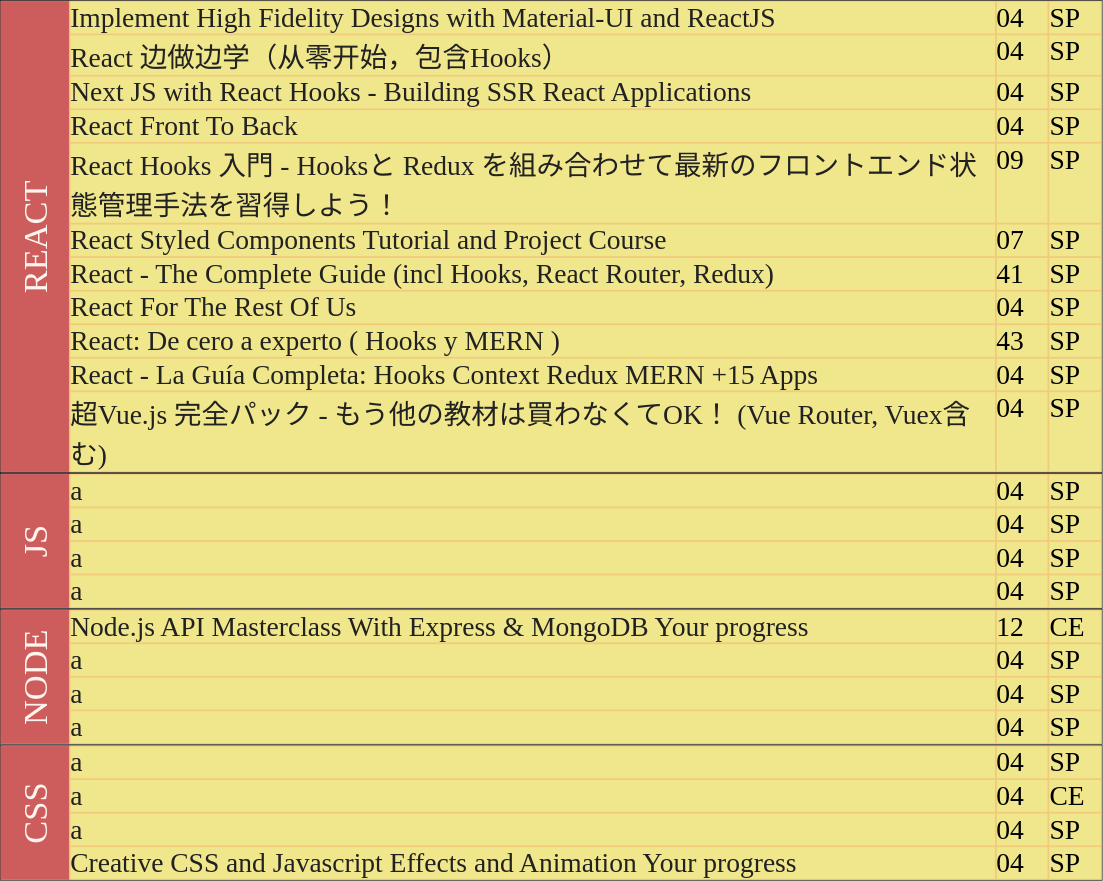
Repository: ClementLight/plan
Page: codicrs.html
These files come from the project's save history. The page is drawn as it stood at one moment and after the next save; the edit follows.
The browser window is 1280 px wide. The page is 1282 px wide, so the pictures cover 1282 px, including what lies to the right of the window. The pictures show the whole page, at 86% of full size.

Above is the page before, as saved 2020-08-21 15:00:46.

After the next save:
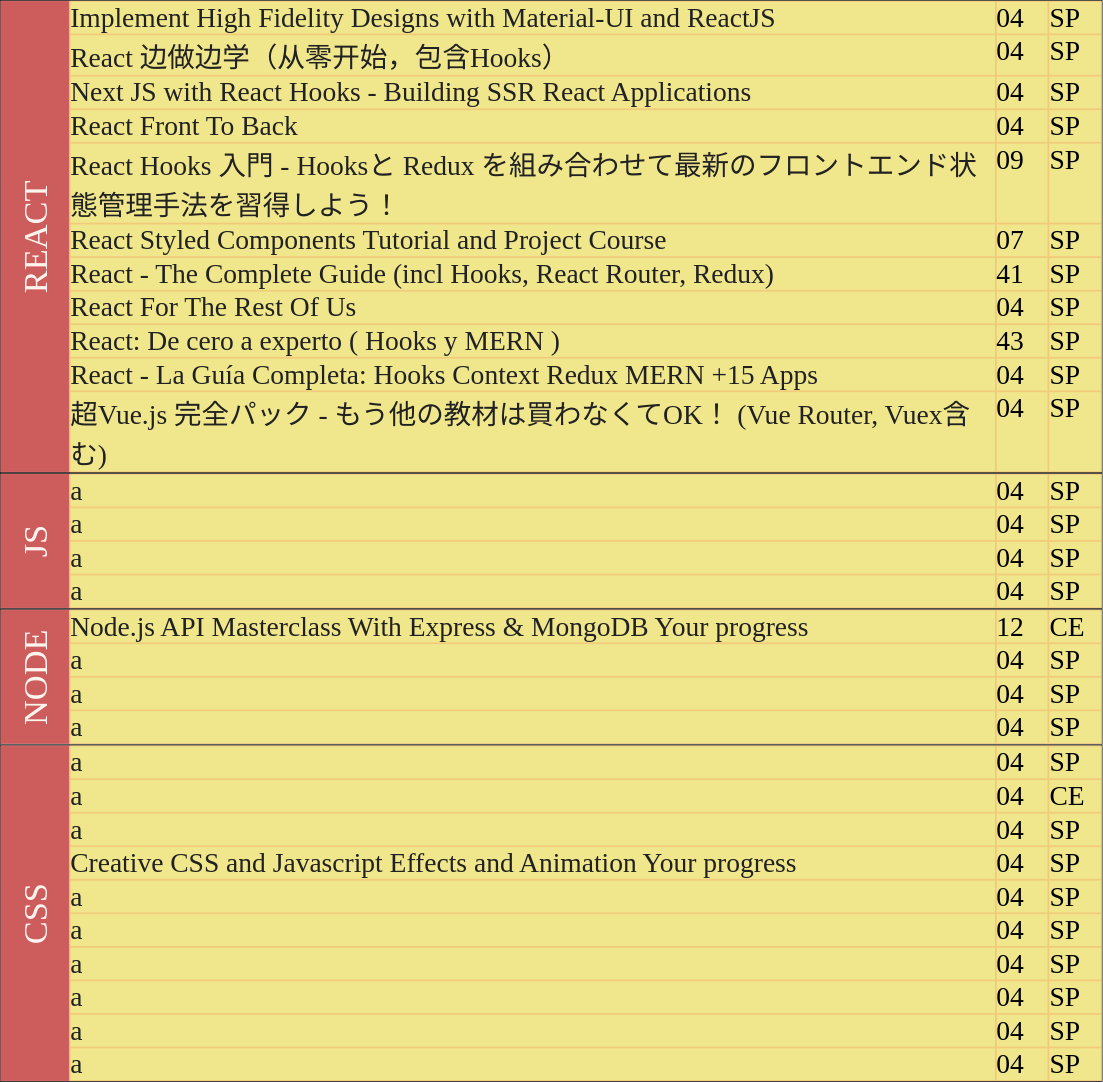
Saved 42 s later.
--- a/codicrs.html
+++ b/codicrs.html
@@ -219,6 +219,36 @@
           <span class="hours">04</span>
           <span class="account">SP</span>
         </div>
+        <div class="lesson">
+          <a class="lessonname" href="">a</a>
+          <span class="hours">04</span>
+          <span class="account">SP</span>
+        </div>
+        <div class="lesson">
+          <a class="lessonname" href="">a</a>
+          <span class="hours">04</span>
+          <span class="account">SP</span>
+        </div>
+        <div class="lesson">
+          <a class="lessonname" href="">a</a>
+          <span class="hours">04</span>
+          <span class="account">SP</span>
+        </div>
+        <div class="lesson">
+          <a class="lessonname" href="">a</a>
+          <span class="hours">04</span>
+          <span class="account">SP</span>
+        </div>
+        <div class="lesson">
+          <a class="lessonname" href="">a</a>
+          <span class="hours">04</span>
+          <span class="account">SP</span>
+        </div>
+        <div class="lesson">
+          <a class="lessonname" href="">a</a>
+          <span class="hours">04</span>
+          <span class="account">SP</span>
+        </div>
       </div>
     </section>
   </body>
